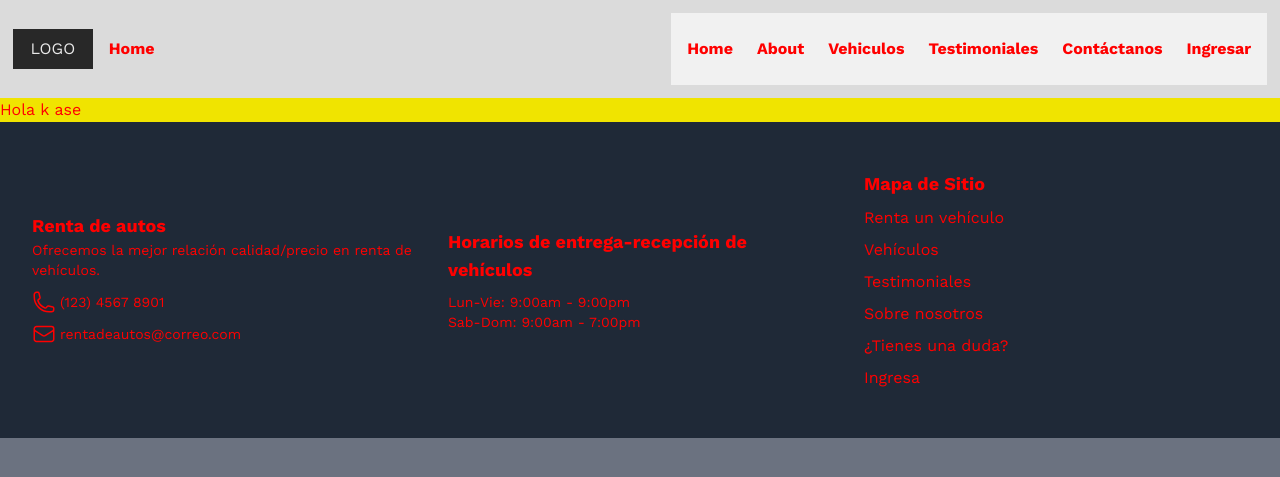
Repository: aldovelacasas/PF_RentCar2
Page: /
The author's editor kept a copy of each file at every save. The page is drawn from the files as they stood at one save, then again after the next save.
The browser window is 1280 px wide. The pictures show the whole page.
The project was rebuilt for these pictures with package versions that can differ from the ones it lists, and the page was loaded fresh each time. The framework's server and built-in components were replaced by stand-ins that run in the browser. Also part of the build but not shown: next.config.js.

Above is the page before, as saved 2023-08-30 09:52:36.

After the next save:
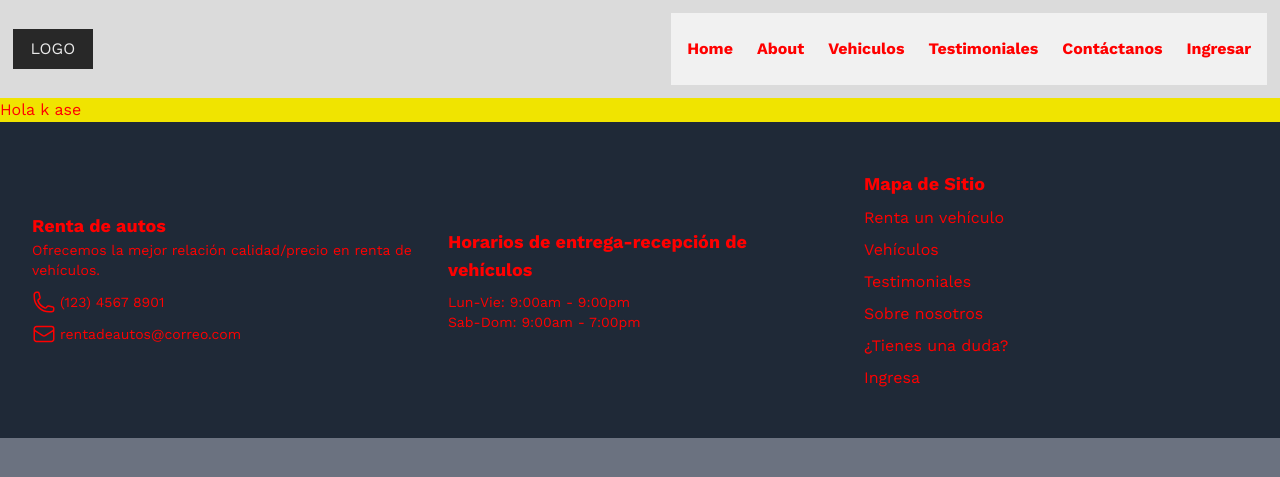
Saved 24 s later.
--- a/src/components/NavBar/nav.css
+++ b/src/components/NavBar/nav.css
@@ -122,6 +122,11 @@ nav {
     column-gap: 24px;
     align-items: center;
   }
+
+  .HomeLogo {
+    display: none;
+    font-size: 2rem;
+  }
   /* nav {
     padding: 3%;
   }
